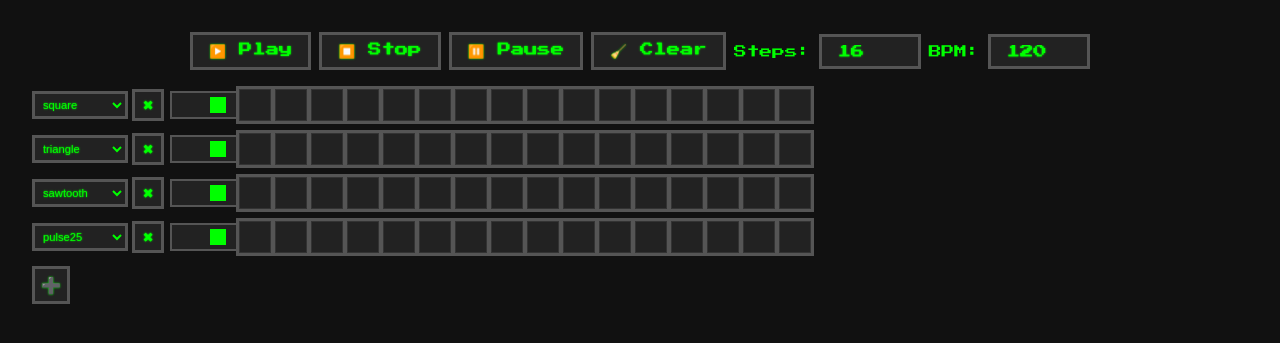
Repository: Aldentec/8-bit-Composer
Page: index.html
An editor plug-in stored every save of this project. The page is shown before and after the next save, followed by the edit.
The browser window is 1280 px wide. The pictures show the whole page.
Some web libraries are served in a nearby version.

Above is the page before, as saved 2025-05-28 17:01:43.

After the next save:
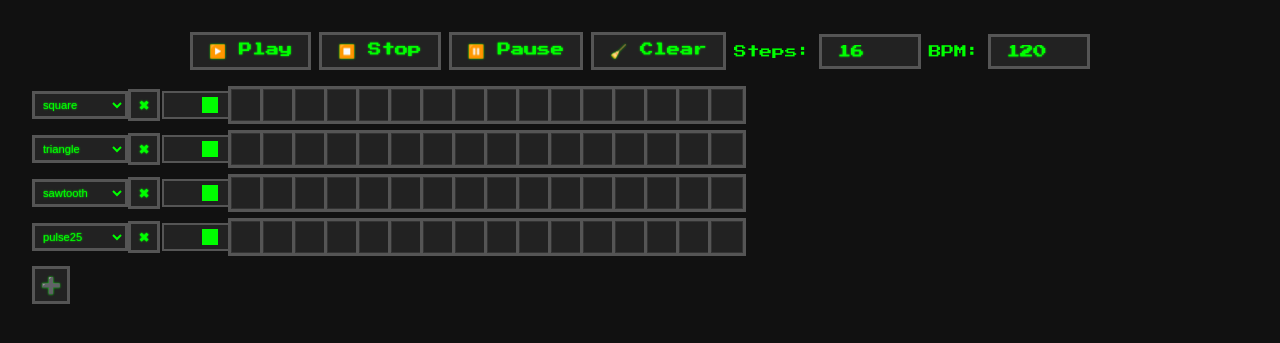
Saved 5 min 19 s later.
--- a/style.css
+++ b/style.css
@@ -68,7 +68,7 @@ body {
 .grid-row {
   display: grid;
   align-items: center;
-  column-gap: 4px;
+  column-gap: 0;
 }
 
 /* Instrument dropdown */
@@ -127,6 +127,7 @@ body {
   box-shadow: inset 0 0 0 1px #333;
   cursor: pointer;
   display: flex;
+  margin-left: 4px;
   align-items: center;
   justify-content: center;
   font-size: 0.6rem;
@@ -151,17 +152,26 @@ body {
 
 /* Connected visuals */
 .cell.connected-left {
-  border-left-color: transparent;
-  border-top-left-radius: 0;
-  border-bottom-left-radius: 0;
+  border-left: none;
 }
 .cell.connected-right {
-  border-right-color: transparent;
-  border-top-right-radius: 0;
-  border-bottom-right-radius: 0;
-}
-.cell.connected-left.connected-right {
-  border-radius: 0;
+  border-right: none;
+}
+/* 5) Round only the outer corners of a run */
+.cell.connected-left:not(.connected-right) {
+  border-top-left-radius: 4px;
+  border-bottom-left-radius: 4px;
+}
+.cell.connected-right:not(.connected-left) {
+  border-top-right-radius: 4px;
+  border-bottom-right-radius: 4px;
+}
+.cell.active:not(.connected-left):not(.connected-right) {
+  border-radius: 4px;
+}
+
+.grid-row > :first-child + .cell {
+  margin-left: 0;
 }
 
 /* Add-row button */
